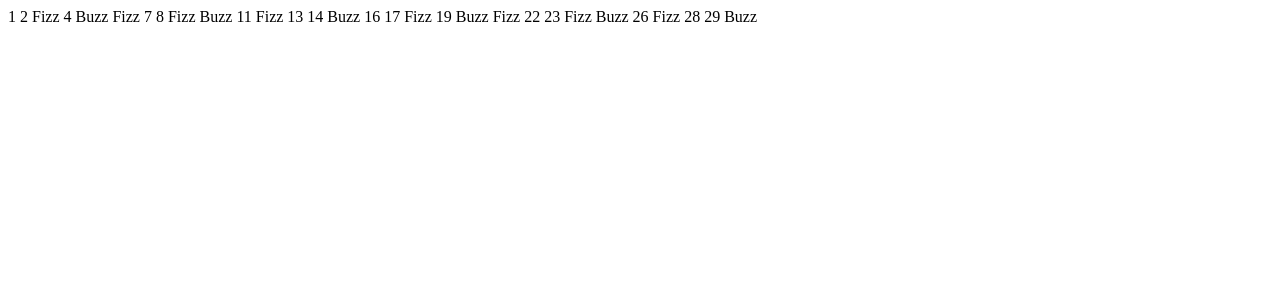
Repository: nana817/samurai_PHP
Page: http://localhost/for.php
The author's editor kept a record of every edit. The page is drawn from the files as they stood at one moment, then again after the next edit.
The browser window is 1280 px wide. The pictures show the whole page.
The page is run by PHP 8.4 with error messages shown; the project is at /var/www/html/.

Above is the page before.

After the next edit:
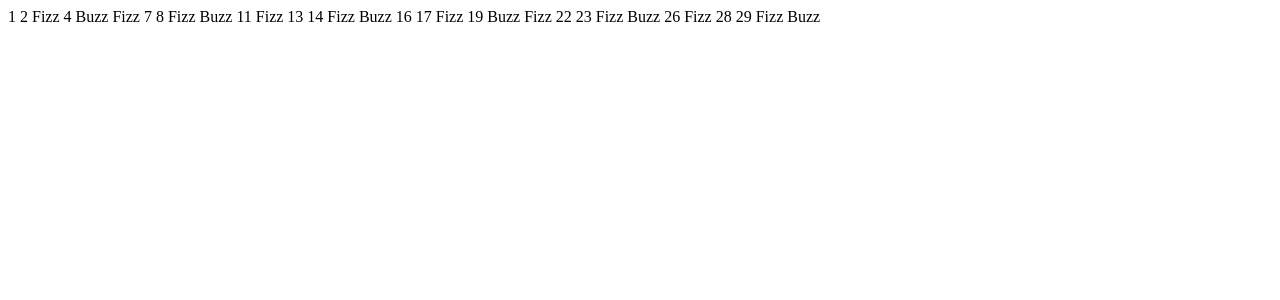
The edit:
--- a/for.php
+++ b/for.php
@@ -1,8 +1,11 @@
 <?php
 for ($i = 1; $i < 31; $i++) {
 
-    if($i% 5 == 0){
+    if($i% 15 == 0){
+        print("Fizz Buzz"."\n");
+    }elseif($i % 5 == 0){
         print("Buzz"."\n");
+
     }elseif($i % 3 ==0){
         print("Fizz"."\n");
 
